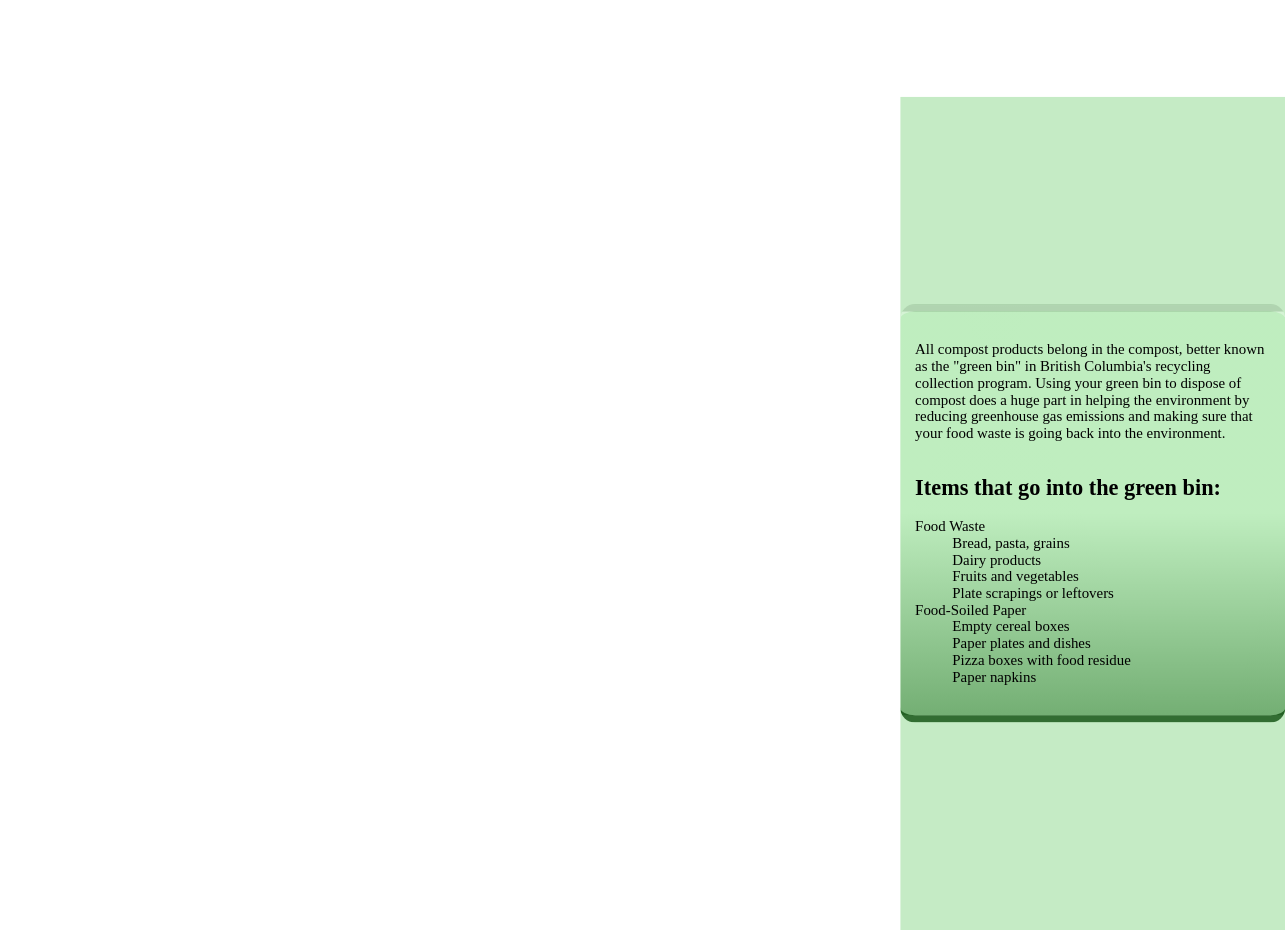
Repository: alemunden/Trash-Scavengers
Page: /InfoCompost
An editor plug-in stored every save of this project. The page is shown before and after a run of saves, followed by the edit.
The browser window is 1280 px wide. The page is 1382 px wide, so the pictures cover 1382 px, including what lies to the right of the window. The pictures show the whole page, at 93% of full size.
The project was rebuilt for these pictures with package versions that can differ from the ones it lists, and the page was loaded fresh each time. The framework's server and built-in components were replaced by stand-ins that run in the browser. Also part of the build but not shown: next.config.mjs.

Above is the page before, as saved 2024-05-07 15:05:01.

After the next 2 saves:
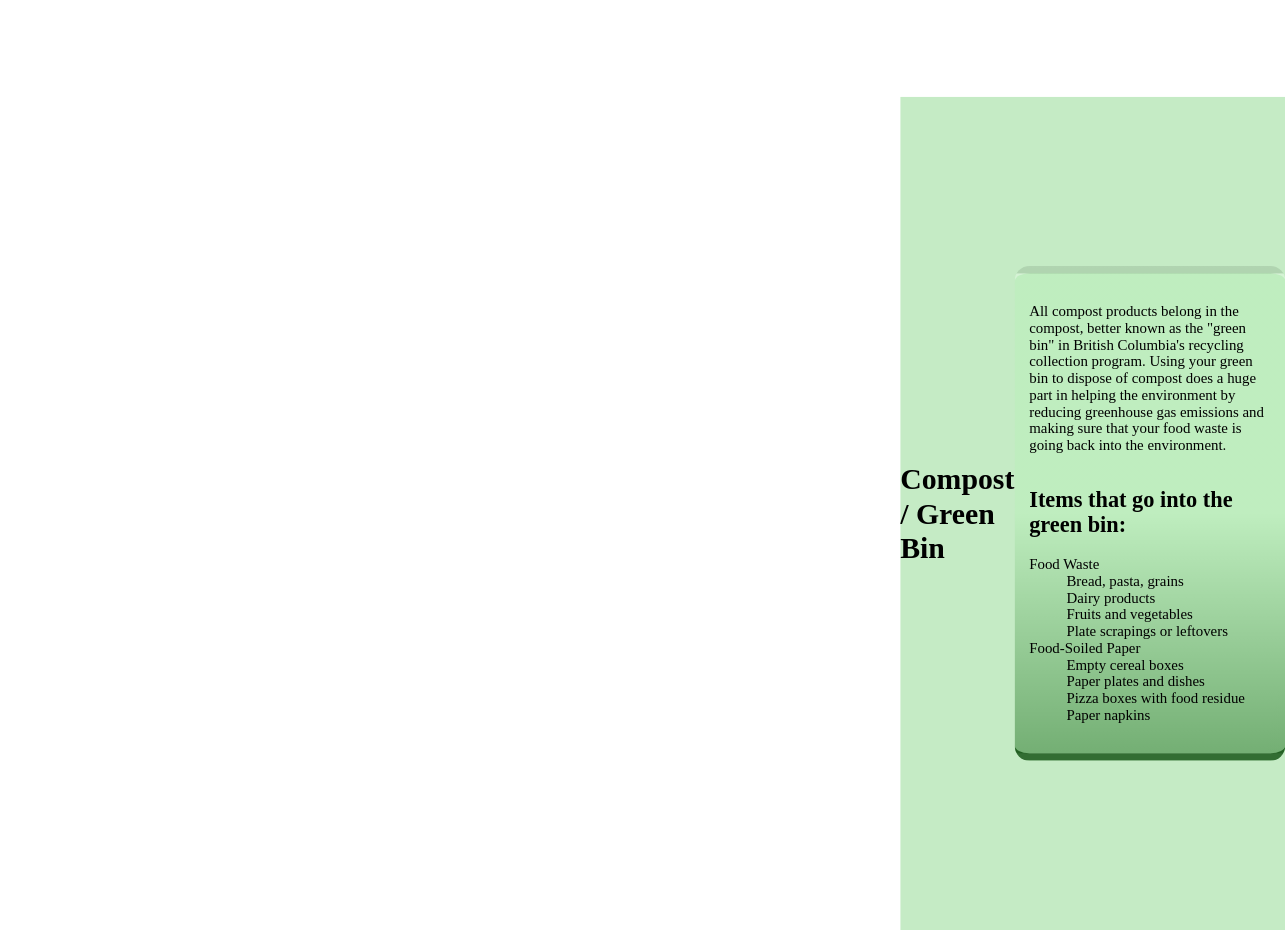
The 2 saves are shown as one change because they came seconds apart.
The last was saved 30 s later.
--- a/pages/InfoCompost.js
+++ b/pages/InfoCompost.js
@@ -4,6 +4,9 @@ export default function InfoCompost() {
     return(
         <>
         <div className={styles.main}>
+            <div>
+                <h1>Compost / Green Bin</h1>
+            </div>
             <div className={styles.textContainer}>
                     <p>All compost products belong in the compost, better known as the "green bin" in British Columbia's recycling collection program. Using your green bin to dispose of compost does a huge part in helping the environment by reducing greenhouse gas emissions and making sure that your food waste is going back into the environment.</p>
                     <div>
